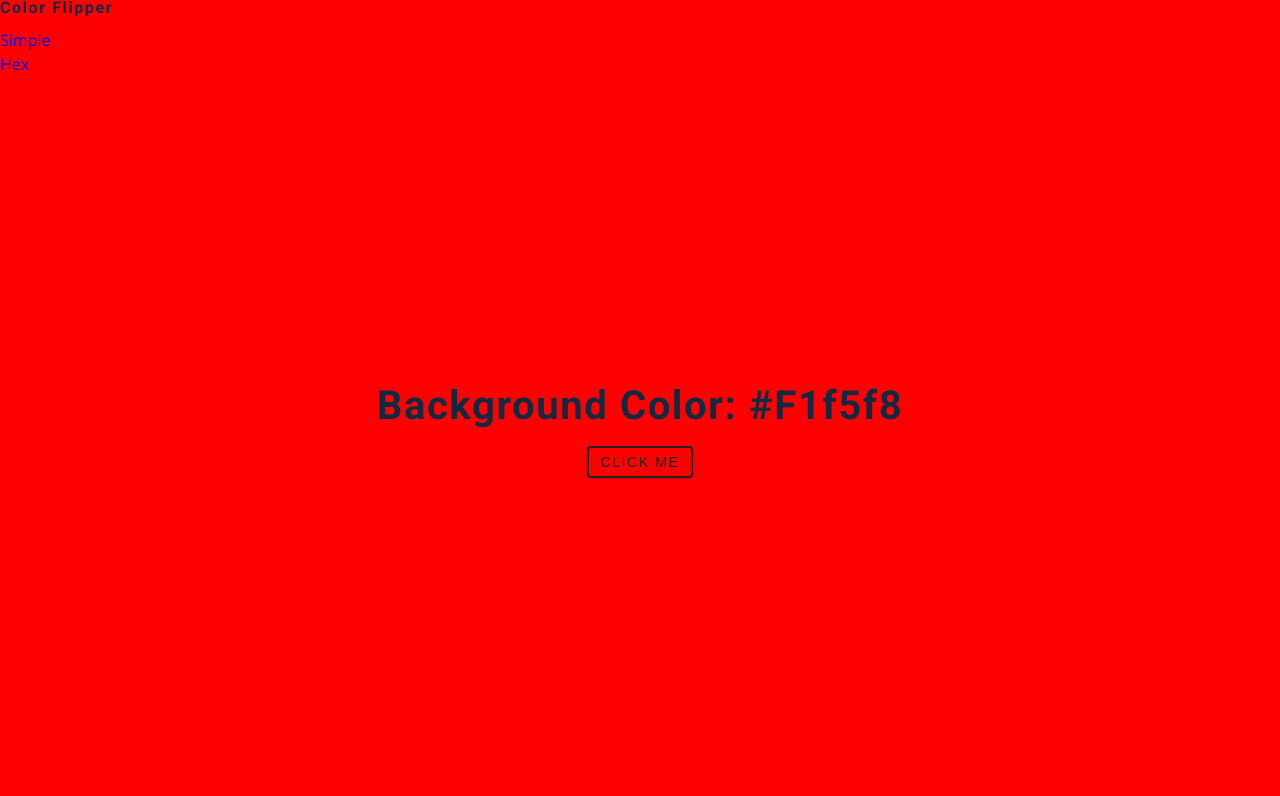
Repository: mosesvk/javascript-basic-projects
Page: 01-color-flipper/setup/index.html
The author's editor kept a copy of each file at every save. The page is drawn from the files as they stood at one save, then again after the next save.
The browser window is 1280 px wide. The pictures show the whole page.
After loading, the first visible `#btn` was clicked once.

Above is the page before, as saved 2023-08-24 17:29:17.

### 01-color-flipper/setup/index.html
<!DOCTYPE html>
<html lang="en">
  <head>
    <meta charset="UTF-8" />
    <meta name="viewport" content="width=device-width, initial-scale=1.0" />
    <title>Color Flipper || Simple</title>

    <!-- styles -->
    <link rel="stylesheet" href="styles.css" />
  </head>
  <body>
    <nav>
      <div class="nav-center">
        <h4>Color Flipper</h4>
        <ul class="nav-links">
          <li>
            <a href="index.html">Simple</a>
          </li>
          <li>
            <a href="hex.html">Hex</a>
          </li>
        </ul>
      </div>
    </nav>
    <main>
      <div class="container">
        <h2>Background Color: <span class="color" id="colorName">#f1f5f8</span></h2>
        <button class="btn btn-hero" id="btn">Click Me</button>
      </div>
    </main>

    <!-- javascript -->
    <script src="app.js"></script>
  </body>
</html>

### 02-counter/setup/styles.css
/*
===============
Fonts
===============
*/
@import url("https://fonts.googleapis.com/css?family=Open+Sans|Roboto:400,700&display=swap");

/*
===============
Variables
===============
*/

:root {
  /* dark shades of primary color*/
  --clr-primary-1: hsl(205, 86%, 17%);
  --clr-primary-2: hsl(205, 77%, 27%);
  --clr-primary-3: hsl(205, 72%, 37%);
  --clr-primary-4: hsl(205, 63%, 48%);
  /* primary/main color */
  --clr-primary-5: hsl(205, 78%, 60%);
  /* lighter shades of primary color */
  --clr-primary-6: hsl(205, 89%, 70%);
  --clr-primary-7: hsl(205, 90%, 76%);
  --clr-primary-8: hsl(205, 86%, 81%);
  --clr-primary-9: hsl(205, 90%, 88%);
  --clr-primary-10: hsl(205, 100%, 96%);
  /* darkest grey - used for headings */
  --clr-grey-1: hsl(209, 61%, 16%);
  --clr-grey-2: hsl(211, 39%, 23%);
  --clr-grey-3: hsl(209, 34%, 30%);
  --clr-grey-4: hsl(209, 28%, 39%);
  /* grey used for paragraphs */
  --clr-grey-5: hsl(210, 22%, 49%);
  --clr-grey-6: hsl(209, 23%, 60%);
  --clr-grey-7: hsl(211, 27%, 70%);
  --clr-grey-8: hsl(210, 31%, 80%);
  --clr-grey-9: hsl(212, 33%, 89%);
  --clr-grey-10: hsl(210, 36%, 96%);
  --clr-white: #fff;
  --clr-red-dark: hsl(360, 67%, 44%);
  --clr-red-light: hsl(360, 71%, 66%);
  --clr-green-dark: hsl(125, 67%, 44%);
  --clr-green-light: hsl(125, 71%, 66%);
  --clr-black: #222;
  --ff-primary: "Roboto", sans-serif;
  --ff-secondary: "Open Sans", sans-serif;
  --transition: all 0.3s linear;
  --spacing: 0.1rem;
  --radius: 0.25rem;
  --light-shadow: 0 5px 15px rgba(0, 0, 0, 0.1);
  --dark-shadow: 0 5px 15px rgba(0, 0, 0, 0.2);
  --max-width: 1170px;
  --fixed-width: 620px;
}
/*
===============
Global Styles
===============
*/

*,
::after,
::before {
  margin: 0;
  padding: 0;
  box-sizing: border-box;
}
body {
  font-family: var(--ff-secondary);
  background: var(--clr-grey-10);
  color: var(--clr-grey-1);
  line-height: 1.5;
  font-size: 0.875rem;
}
ul {
  list-style-type: none;
}
a {
  text-decoration: none;
}
h1,
h2,
h3,
h4 {
  letter-spacing: var(--spacing);
  text-transform: capitalize;
  line-height: 1.25;
  margin-bottom: 0.75rem;
  font-family: var(--ff-primary);
}
h1 {
  font-size: 3rem;
}
h2 {
  font-size: 2rem;
}
h3 {
  font-size: 1.25rem;
}
h4 {
  font-size: 0.875rem;
}
p {
  margin-bottom: 1.25rem;
  color: var(--clr-grey-5);
}
@media screen and (min-width: 800px) {
  h1 {
    font-size: 4rem;
  }
  h2 {
    font-size: 2.5rem;
  }
  h3 {
    font-size: 1.75rem;
  }
  h4 {
    font-size: 1rem;
  }
  body {
    font-size: 1rem;
  }
  h1,
  h2,
  h3,
  h4 {
    line-height: 1;
  }
}
/*  global classes */

/* section */
.section {
  padding: 5rem 0;
}

.section-center {
  width: 90vw;
  margin: 0 auto;
  max-width: 1170px;
}
@media screen and (min-width: 992px) {
  .section-center {
    width: 95vw;
  }
}
main {
  min-height: 100vh;
  display: grid;
  place-items: center;
}

/*
===============
Counter
===============
*/

main {
  min-height: 100vh;
  display: grid;
  place-items: center;
}
.container {
  text-align: center;
}
#value {
  font-size: 6rem;
  font-weight: bold;
}
.btn {
  text-transform: uppercase;
  background: transparent;
  color: var(--clr-black);
  padding: 0.375rem 0.75rem;
  letter-spacing: var(--spacing);
  display: inline-block;
  transition: var(--transition);
  font-size: 0.875rem;
  border: 2px solid var(--clr-black);
  cursor: pointer;
  box-shadow: 0 1px 3px rgba(0, 0, 0, 0.2);
  border-radius: var(--radius);
  margin: 0.5rem;
}
.btn:hover {
  color: var(--clr-white);
  background: var(--clr-black);
}

### 01-color-flipper/setup/app.js
const colors = ["green", "red", "rgba(133,122,200)", "#f15025"];

const btn = document.getElementById('btn')
const color = document.querySelector('.color')

btn.addEventListener('click', () => {
    // get random number between for the length of the colors array
    const randNum = Math.round(Math.random() * 3)
    const bgColor = colors[randNum]
    document.body.style.backgroundColor = bgColor

    let colorName = document.querySelector('#colorName').innerHTML
    colorName = bgColor
})

After the next save:
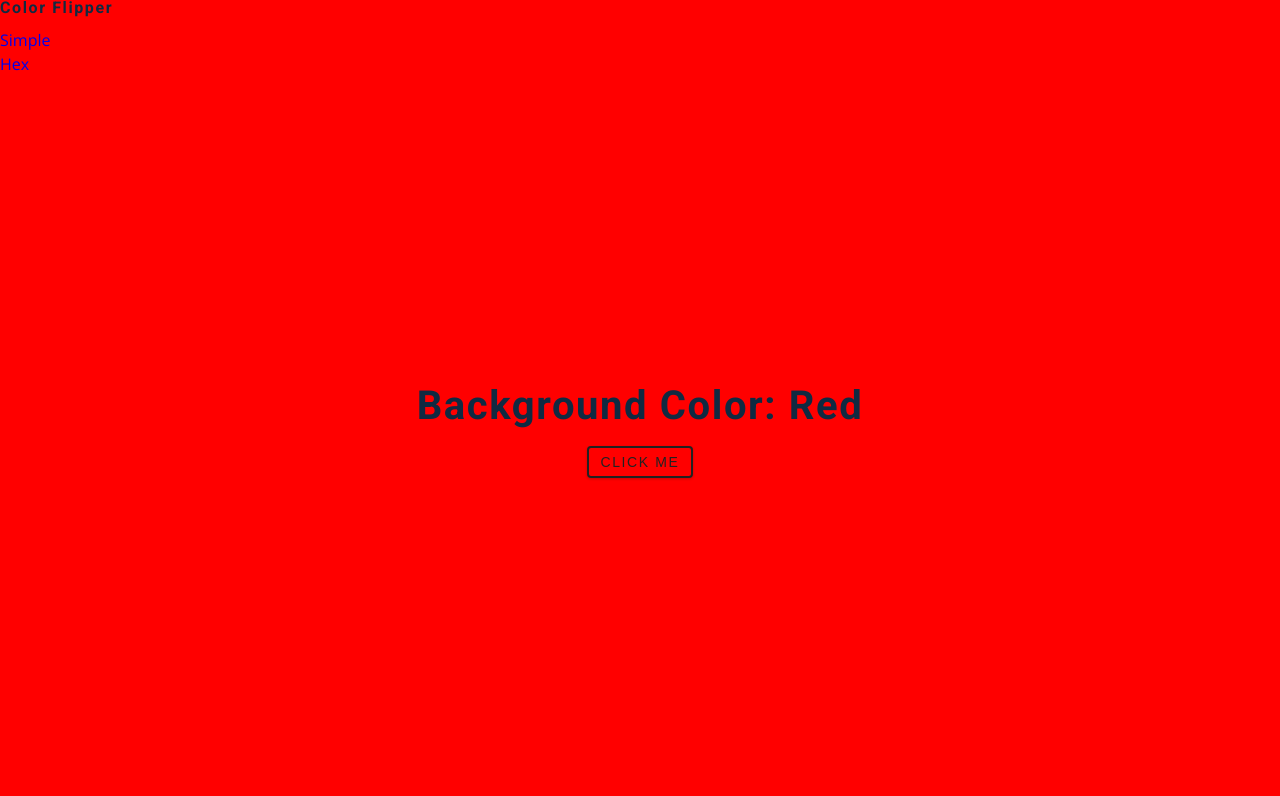
Saved 32 s later.
--- a/01-color-flipper/setup/app.js
+++ b/01-color-flipper/setup/app.js
@@ -9,6 +9,5 @@ btn.addEventListener('click', () => {
     const bgColor = colors[randNum]
     document.body.style.backgroundColor = bgColor
 
-    let colorName = document.querySelector('#colorName').innerHTML
-    colorName = bgColor
+    document.querySelector('#colorName').innerHTML = bgColor
 })
